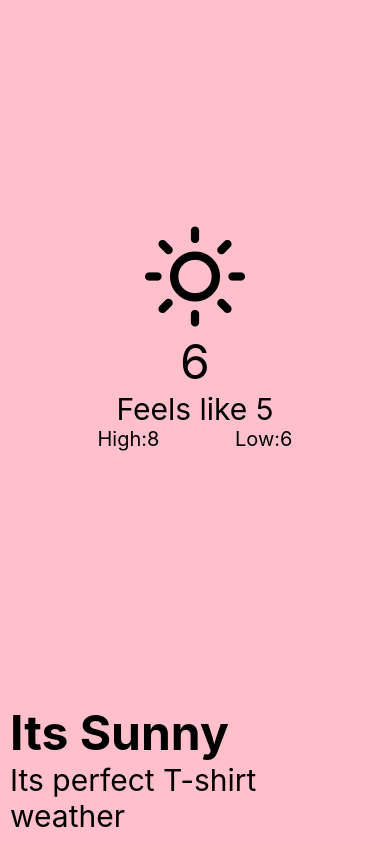
Repository: RossDee/WeatherApp
Screen: /
These files come from the project's save history. The screen is drawn as it stood at one moment and after a run of saves; the edit follows.
The app was drawn by React Native's web renderer in a window 390 px wide. The project was rebuilt for these pictures with package versions that can differ from the ones it lists, and the page was loaded fresh each time.

Above is the screen before, as saved 2023-10-14 21:20:32.

After the next 3 saves:
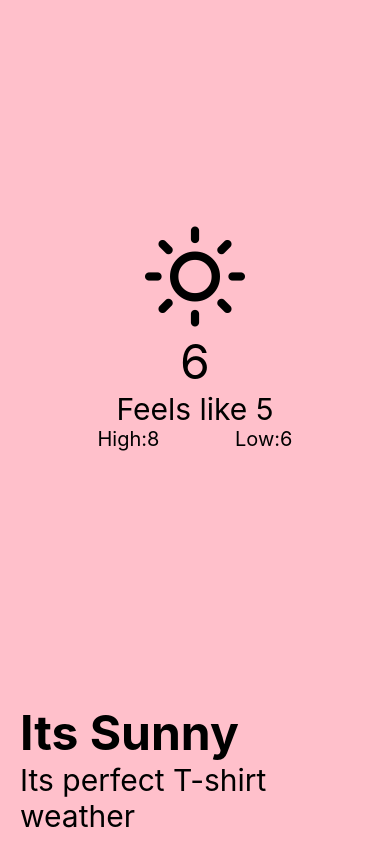
The 3 saves are shown as one change because they came seconds apart.
The last was saved 7 min 4 s later.
--- a/App.js
+++ b/App.js
@@ -54,6 +54,7 @@ const style  =StyleSheet.create({
     padding:10,
     borderRadius:20,
     marginTop:20,
+    paddingLeft:20,
   },
   description:{
     fontSize:48,
